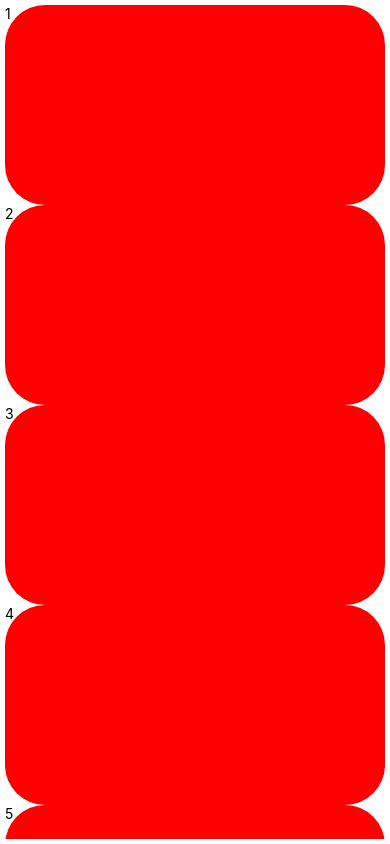
Repository: asnaeb1-dev/Video-List-Test
Screen: /
The author's editor kept a copy of each file at every save. The screen is drawn from the files as they stood at one save, then again after the next save.
An inner scrolling area shows only its first screen. The app was drawn by React Native's web renderer in a window 390 px wide. The project was rebuilt for these pictures with package versions that can differ from the ones it lists, and the page was loaded fresh each time.

Above is the screen before, as saved 2020-08-08 12:21:14.

### App.js
import React,{Component} from 'react';
import {View, FLatList, StyleSheet, FlatList, Text} from 'react-native'
import ListItem from './src/Components/ListItem'

export default class App extends Component{
  constructor(props){
    super(props)
    this.state={
      list: [
        {
          id: 1,
          isVisible: false
        },{
          id: 2,
          isVisible: false
        },{
          id: 3,
          isVisible: false
        },{
          id: 4,
          isVisible: false
        },{
          id: 5,
          isVisible: false
        }
      ]
    }
  }


  render(){
    return(
      <View style={{flex: 1, margin: 5}}>
        <FlatList
          data={this.state.list}
          renderItem = {({item}) => <ListItem isVisible={true} _id={item.id}/>}
        />
      </View>
    )
  }
}

### src/Components/ListItem.js
import React, { Component } from 'react';
import { View, TouchableOpacity, Text } from 'react-native';

export default class ListItem extends Component{
    render(){
        return(
            <TouchableOpacity style={{height: 200, backgroundColor: 'red', borderRadius: 40}}>
                <Text>{this.props._id}</Text>
            </TouchableOpacity>
        )
    }
}

After the next save:
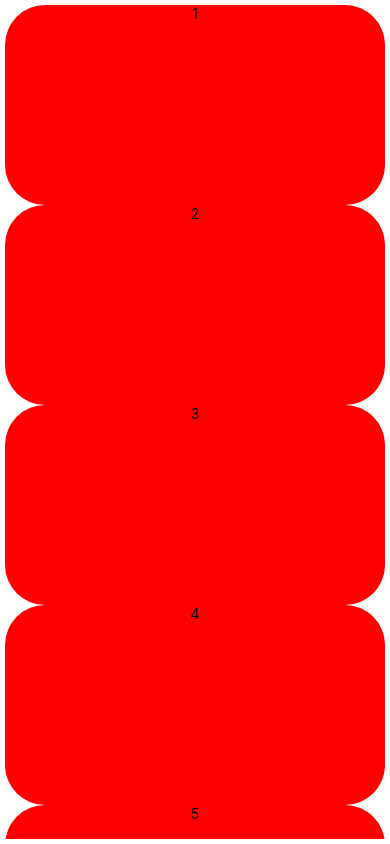
Saved 38 s later.
--- a/src/Components/ListItem.js
+++ b/src/Components/ListItem.js
@@ -5,7 +5,7 @@ export default class ListItem extends Component{
     render(){
         return(
             <TouchableOpacity style={{height: 200, backgroundColor: 'red', borderRadius: 40}}>
-                <Text>{this.props._id}</Text>
+                <Text style={{flex: 1, textAlign: 'center'}}>{this.props._id}</Text>
             </TouchableOpacity>
         )
     }
